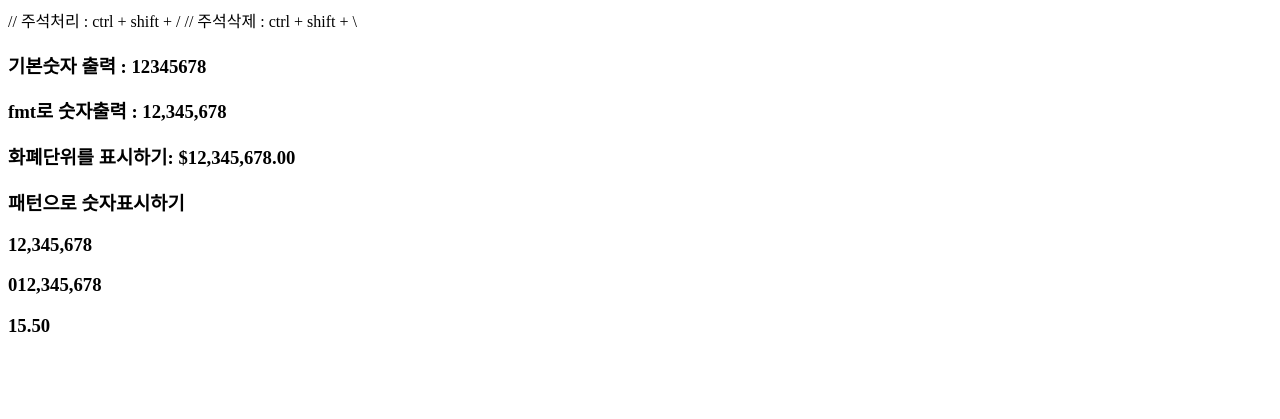
Repository: yongmin0309/mybatis1
Page: http://localhost/eL_JSTL/views/jstl/formattag.jsp
These files come from the project's save history. The page is drawn as it stood at one moment and after a run of saves; the edit follows.
The browser window is 1280 px wide. The pictures show the whole page.
The page is served by Tomcat 9.

Above is the page before, as saved 2024-04-20 08:14:31.

After the next 2 saves:
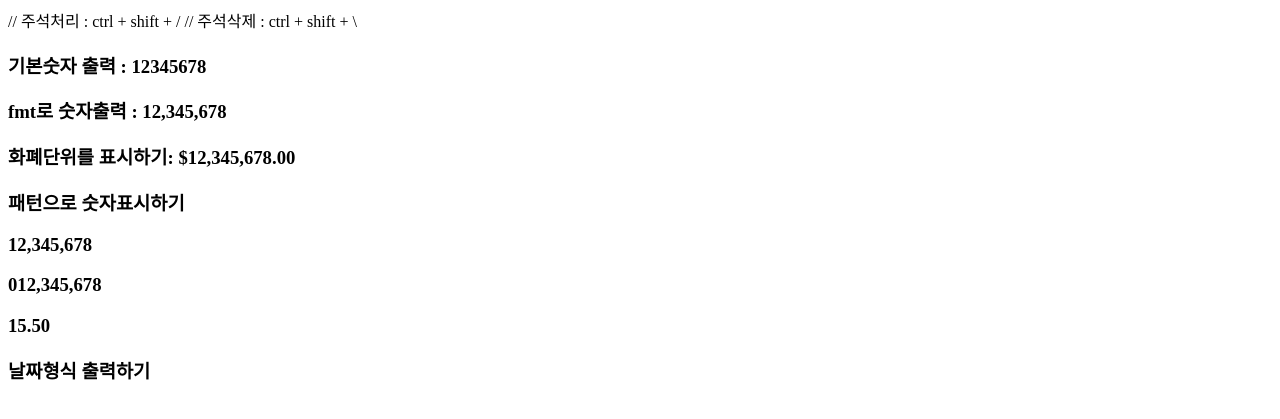
The 2 saves are shown as one change because 1 did not build or start.
The last was saved 51 s later.
--- a/work/eL_JSTL/src/main/webapp/views/jstl/formattag.jsp
+++ b/work/eL_JSTL/src/main/webapp/views/jstl/formattag.jsp
@@ -27,5 +27,14 @@
 	<h3><fmt:formatNumber value="15.5" pattern="###,###.00"/></h3>
 
 
+	<h3>날짜형식 출력하기</h3>
+	<c:set var="today" value="<%=new java.util.Date() %>"/>
+
+
+
+
+
+
+
 </body>
 </html>
